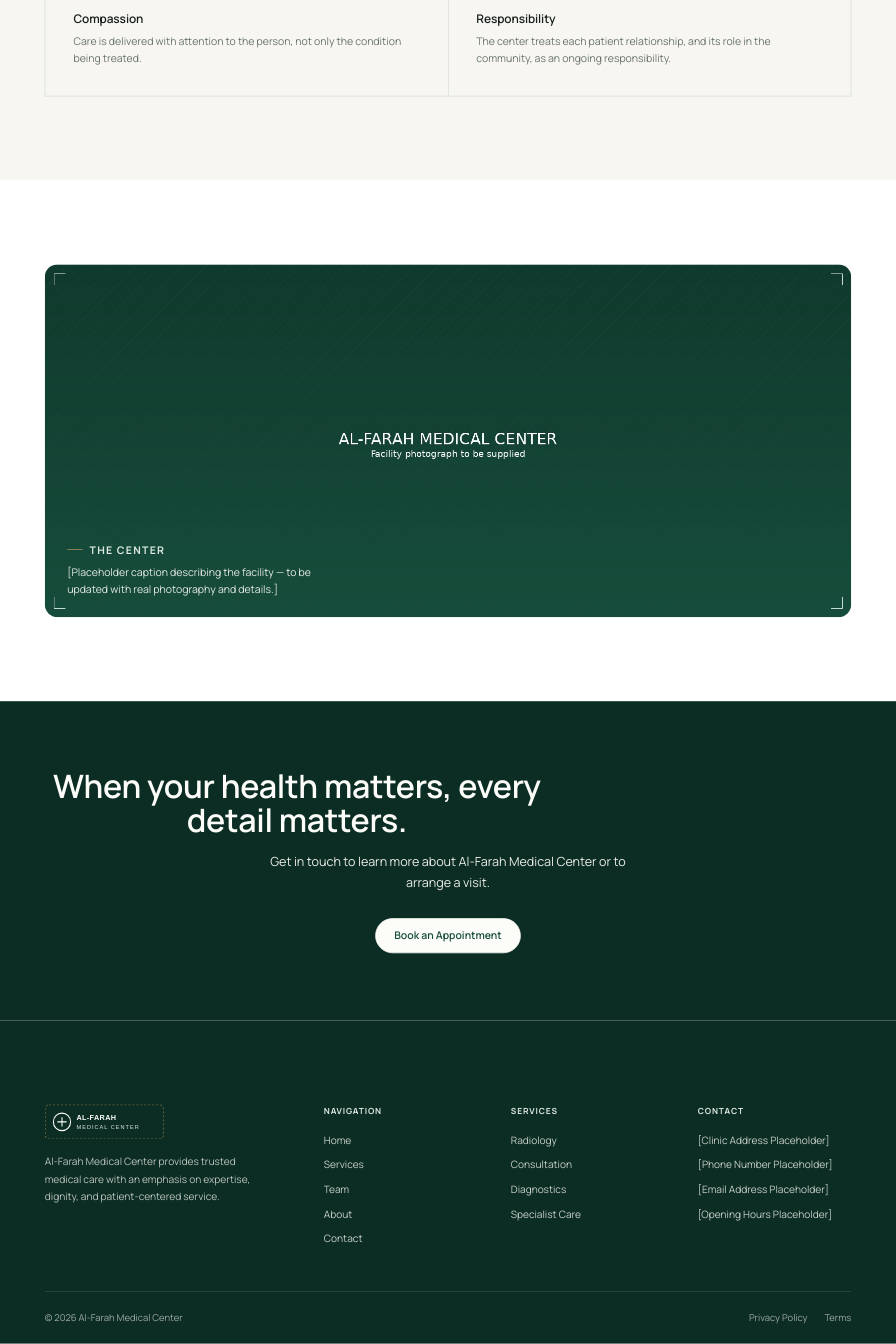
Repository: mraeesaziz45/al-farah
Page: about.html
The author's editor kept a copy of each file at every save. The page is drawn from the files as they stood at one save, then again after the next save.
The browser window is 1280 px wide. The pictures show the part of the page from y = 2184 to 4104 px (the page is 4104 px tall), at 70% of full size.

Above is the page before, as saved 2026-09-08 18:21:26.

After the next save:
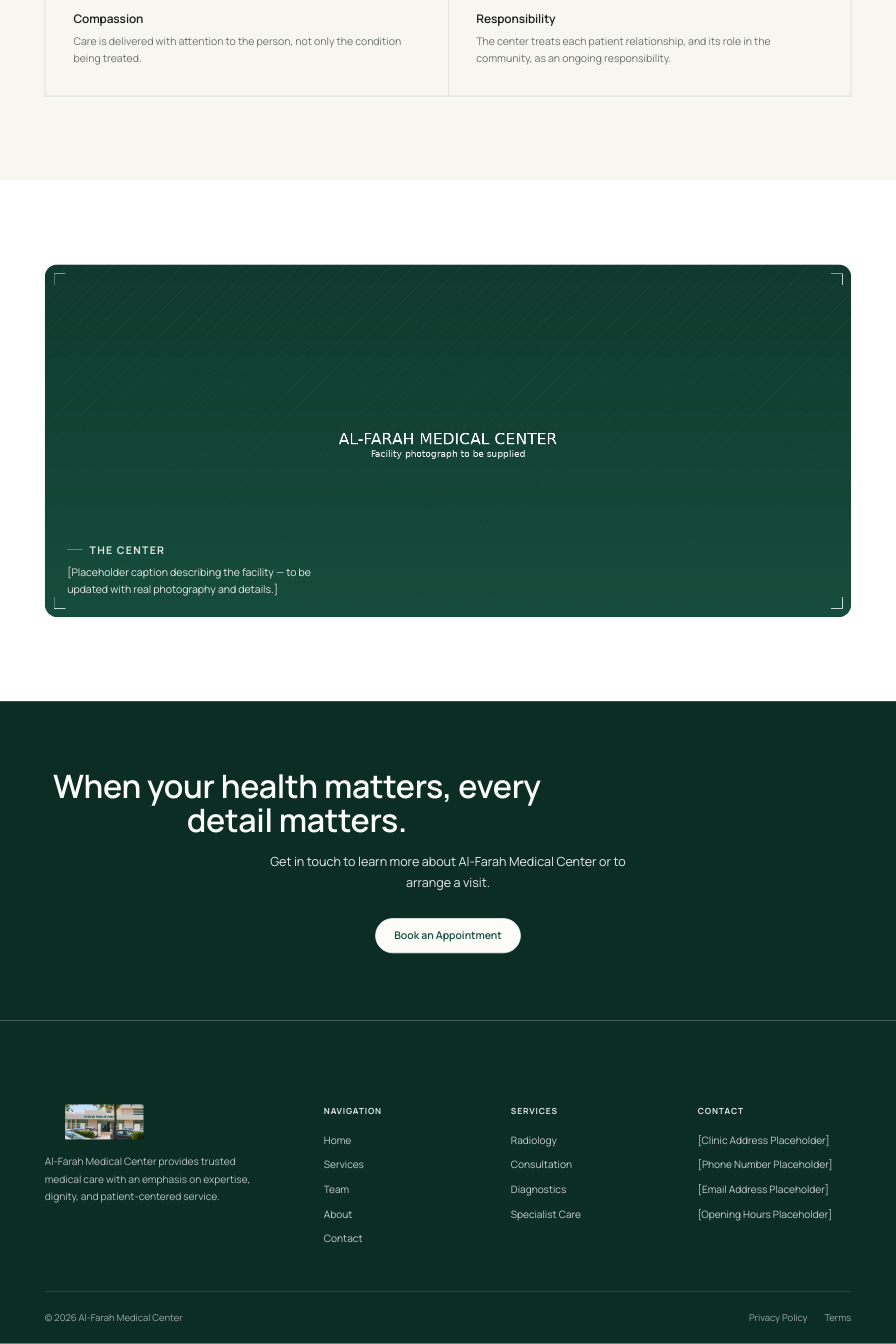
Saved 10 min 43 s later.
--- a/about.html
+++ b/about.html
@@ -155,7 +155,7 @@
 <footer class="site-footer">
   <div class="container footer-grid">
     <div>
-      <img src="assets/logo/logo-placeholder-light.svg" alt="Al-Farah Medical Center" class="footer-logo" width="170" height="50">
+      <img src="assets/images/facade.png" alt="Al-Farah Medical Center" class="footer-logo" width="170" height="50">
       <p class="footer-about">Al-Farah Medical Center provides trusted medical care with an emphasis on expertise, dignity, and patient-centered service.</p>
     </div>
     <div class="footer-col">

After the save that followed:
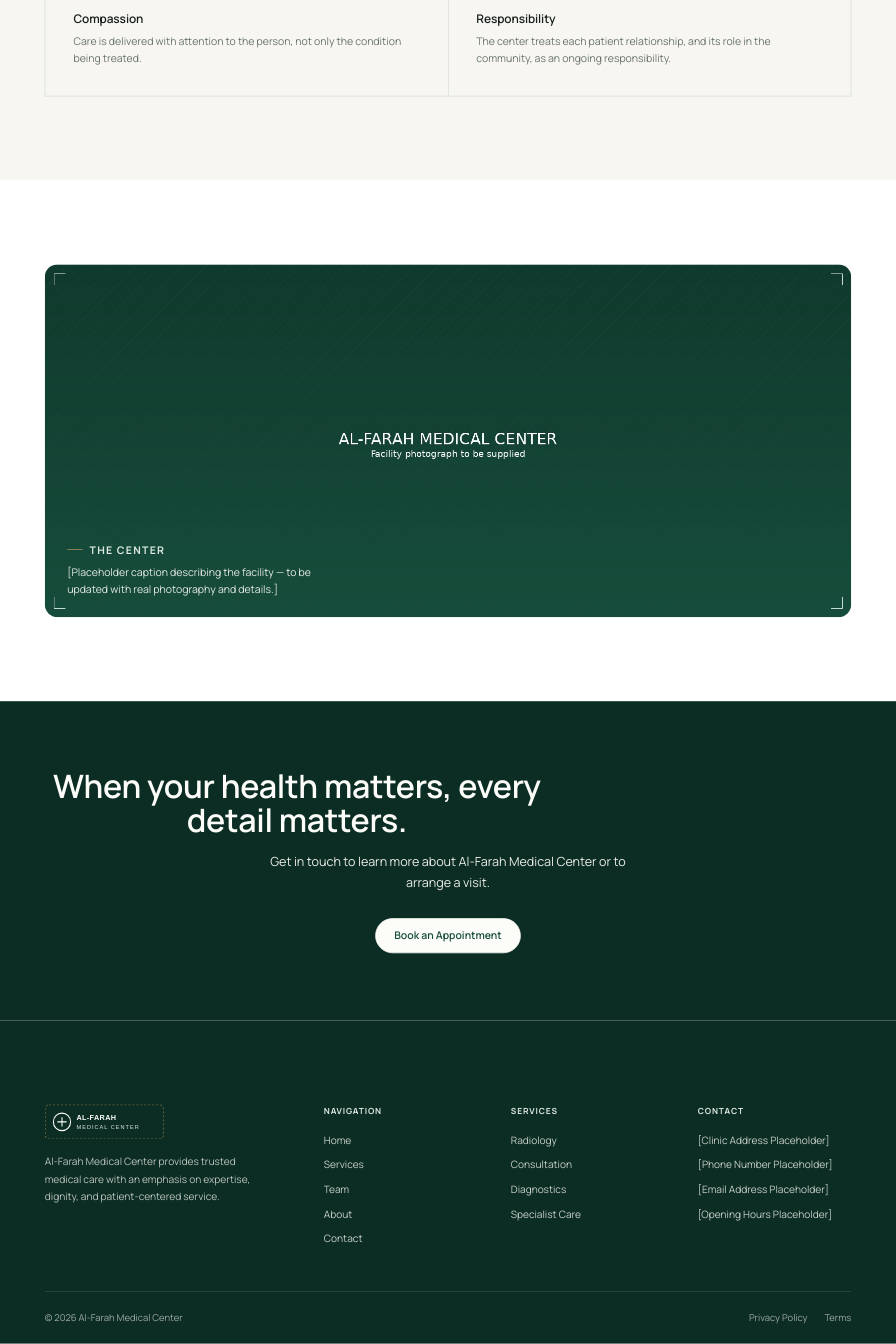
Saved 38 s later.
--- a/about.html
+++ b/about.html
@@ -155,7 +155,7 @@
 <footer class="site-footer">
   <div class="container footer-grid">
     <div>
-      <img src="assets/images/facade.png" alt="Al-Farah Medical Center" class="footer-logo" width="170" height="50">
+      <img src="assets/logo/logo-placeholder-light.svg" alt="Al-Farah Medical Center" class="footer-logo" width="170" height="50">
       <p class="footer-about">Al-Farah Medical Center provides trusted medical care with an emphasis on expertise, dignity, and patient-centered service.</p>
     </div>
     <div class="footer-col">
